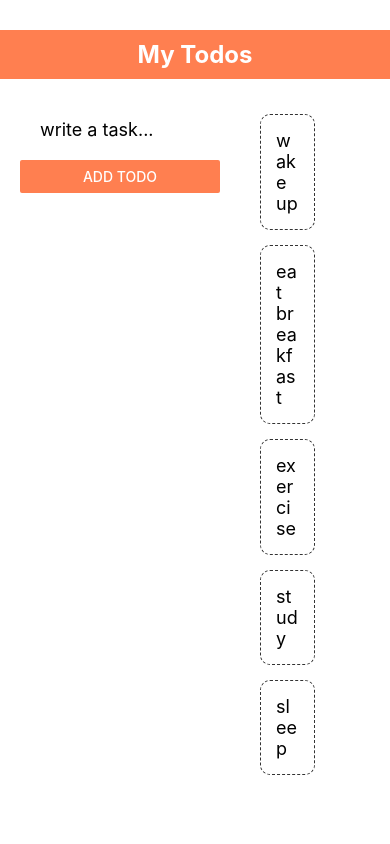
Repository: shiv0403/React-native-tutorial
Screen: /
An editor plug-in stored every save of this project. The screen is shown before and after the next save, followed by the edit.
The app was drawn by React Native's web renderer in a window 390 px wide. The project was rebuilt for these pictures with package versions that can differ from the ones it lists, and the page was loaded fresh each time. Also part of the build but not shown: components/Flex.js.

Above is the screen before, as saved 2021-02-11 14:42:40.

### App.js
import React, { useState } from "react";
import {
  Alert,
  FlatList,
  StyleSheet,
  TouchableWithoutFeedback,
  View,
  Keyboard,
} from "react-native";
import AddTodo from "./components/AddTodo";
import Flex from "./components/Flex";
import Header from "./components/Header";
import TodoItem from "./components/TodoItem";

export default function App() {
  const [todo, setTodo] = useState([
    { text: "wake up", key: "1" },
    { text: "eat breakfast", key: "2" },
    { text: "exercise", key: "3" },
    { text: "study", key: "4" },
    { text: "sleep", key: "5" },
  ]);

  const handleDelete = (key) => {
    setTodo((todos) => {
      return todos.filter((todo) => todo.key != key);
    });
  };

  const handleSubmit = (text) => {
    if (text.length > 3) {
      setTodo((todos) => {
        return [{ text: text, key: Math.random().toString() }, ...todos];
      });
    } else {
      Alert.alert("OOPS!", "Task lenght must be over 3 chars", [
        { text: "Understood", onPress: () => console.log("Alert Closed") },
      ]);
    }
  };

  return (
    <TouchableWithoutFeedback
      onPress={() => {
        Keyboard.dismiss();
      }}
    >
      <View style={styles.container}>
        <Header />
        <View style={styles.content}>
          <AddTodo handleSubmit={handleSubmit} />
          <View style={styles.list}>
            <FlatList
              data={todo}
              keyExtractor={(item) => item.key}
              renderItem={({ item }) => {
                return <TodoItem item={item} handleDelete={handleDelete} />;
              }}
            />
          </View>
        </View>
      </View>
    </TouchableWithoutFeedback>
  );
}

const styles = StyleSheet.create({
  container: {
    backgroundColor: "#fff",
    marginTop: 30,
  },
  content: {
    display: "flex",
    flexDirection: "row",
  },
  list: {
    margin: 20,
    flex: 0.5,
  },
});

### components/AddTodo.js
import React, { useState } from "react";
import { Button, Keyboard, StyleSheet, TextInput, View } from "react-native";

export default function AddTodo({ handleSubmit }) {
  const [text, setText] = useState("");

  const submitHandler = () => {
    handleSubmit(text);
    Keyboard.dismiss();
  };

  return (
    <View style={styles.addTodo}>
      <TextInput
        style={styles.input}
        placeholder="write a task..."
        onChangeText={(val) => setText(val)}
      />
      <Button
        title="Add Todo"
        color="coral"
        width="200"
        onPress={() => submitHandler()}
      />
    </View>
  );
}

const styles = StyleSheet.create({
  addTodo: {
    margin: 20,
  },
  input: {
    width: 200,
    fontSize: 18,
    padding: 20,
  },
});

### components/Header.js
import React from "react";
import { StyleSheet, Text, View } from "react-native";

export default function Header() {
  return (
    <View style={styles.header}>
      <Text style={styles.title}>My Todos</Text>
    </View>
  );
}

const styles = StyleSheet.create({
  header: {
    padding: 10,
    backgroundColor: "coral",
  },
  title: {
    textAlign: "center",
    fontSize: 24,
    fontWeight: "bold",
    color: "#fff",
  },
});

### components/TodoItem.js
import React from "react";
import { StyleSheet, Text, TouchableOpacity, View } from "react-native";

export default function TodoItem({ item, handleDelete }) {
  return (
    <TouchableOpacity onPress={() => handleDelete(item.key)}>
      <Text style={styles.item}>{item.text}</Text>
    </TouchableOpacity>
  );
}

const styles = StyleSheet.create({
  item: {
    fontSize: 18,
    padding: 15,
    marginTop: 15,
    borderWidth: 1,
    borderColor: "#333",
    borderStyle: "dashed",
    borderRadius: 10,
  },
});

After the next save:
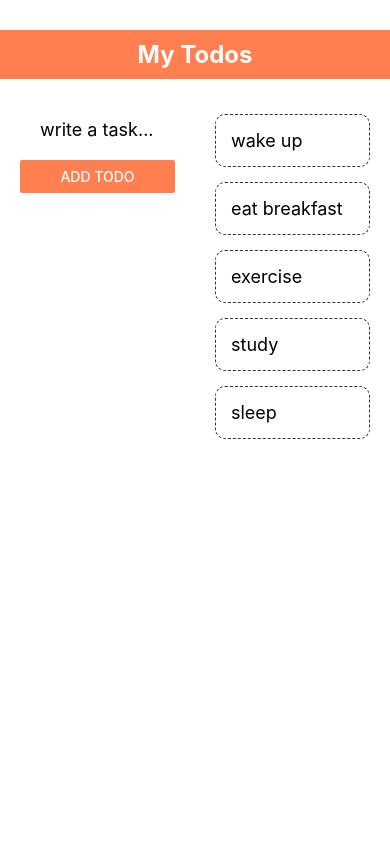
Saved 11 s later.
--- a/components/AddTodo.js
+++ b/components/AddTodo.js
@@ -29,6 +29,7 @@ export default function AddTodo({ handleSubmit }) {
 const styles = StyleSheet.create({
   addTodo: {
     margin: 20,
+    flex: 0.5,
   },
   input: {
     width: 200,
